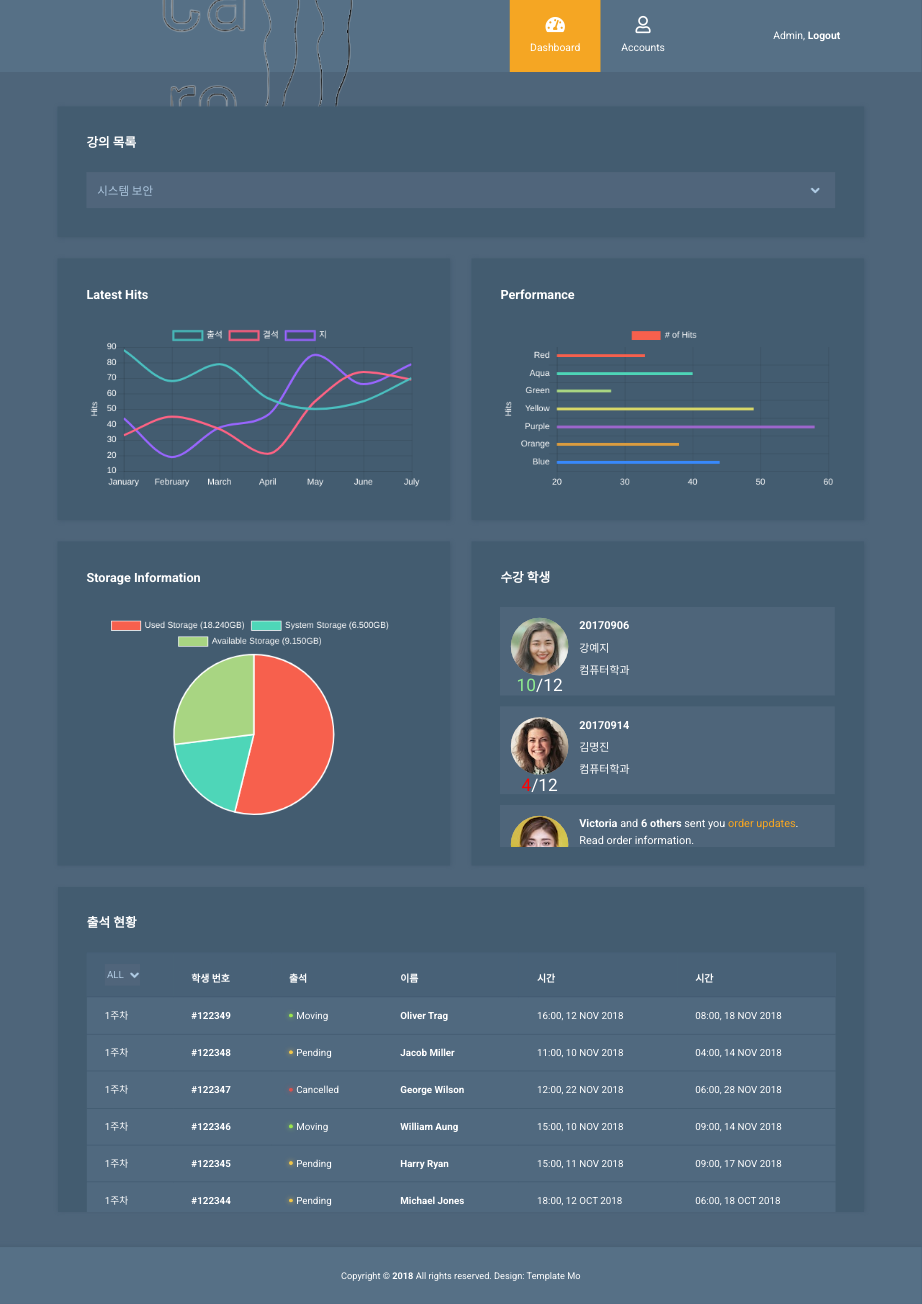
Repository: YJ-S2/2019-FaceAPI
Page: test1-master/web/123/WebContent/web1.html
The author's editor kept a copy of each file at every save. The page is drawn from the files as they stood at one save, then again after the next save.
The browser window is 1280 px wide. The pictures show the whole page, at 72% of full size.
An inner scrolling area shows only its first screen.

Above is the page before, as saved 2019-08-07 08:55:07.

After the next save:
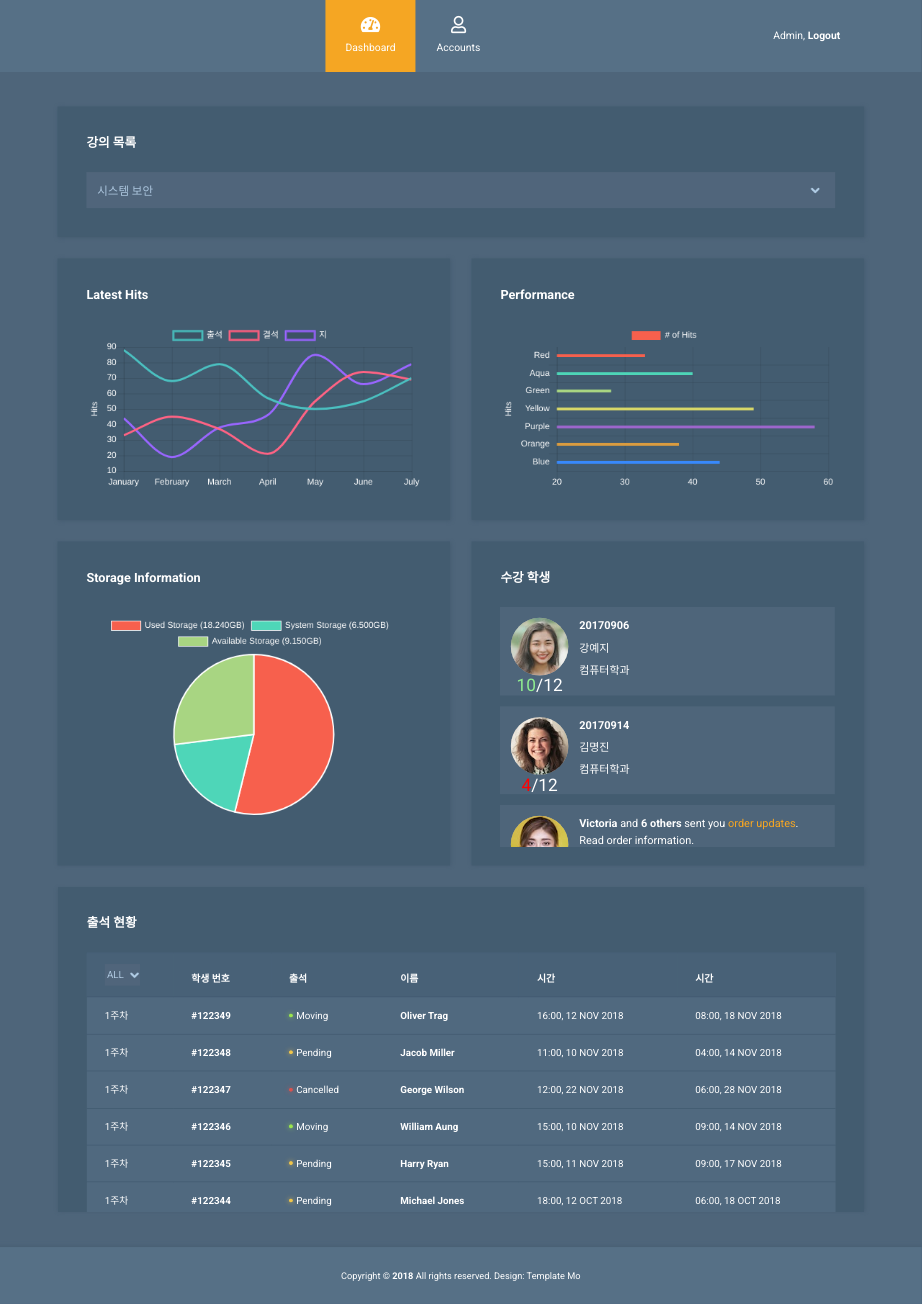
Saved 41 min 31 s later.
--- a/test1-master/web/123/WebContent/web1.html
+++ b/test1-master/web/123/WebContent/web1.html
@@ -47,6 +47,23 @@
 	.c_green{
 		color:lightgreen;
 	}
+	.logo {
+  width: 25%;
+  height: 100%;
+  display: -webkit-box;
+  display: -webkit-flex;
+  display: -moz-box;
+  display: -ms-flexbox;
+  display: flex;
+  justify-content: flex-start;
+  align-items: center;
+}
+
+.logo img {
+  max-width: 100%;
+  max-height: 50%;
+}
+.logo{display: none;}
 	</style>
 </head>
 
@@ -55,7 +72,7 @@
         <nav class="navbar navbar-expand-xl">
             <div class="container h-100">
                 <a class="navbar-brand" href="index.html">
-                	<img src="img/logo_2.png" alt="" class="">
+                	<!-- <img src="img/logo_2.png" alt="" class="">-->
                 </a>
                 <button class="navbar-toggler ml-auto mr-0" type="button" data-toggle="collapse" data-target="#navbarSupportedContent"
                     aria-controls="navbarSupportedContent" aria-expanded="false" aria-label="Toggle navigation">
